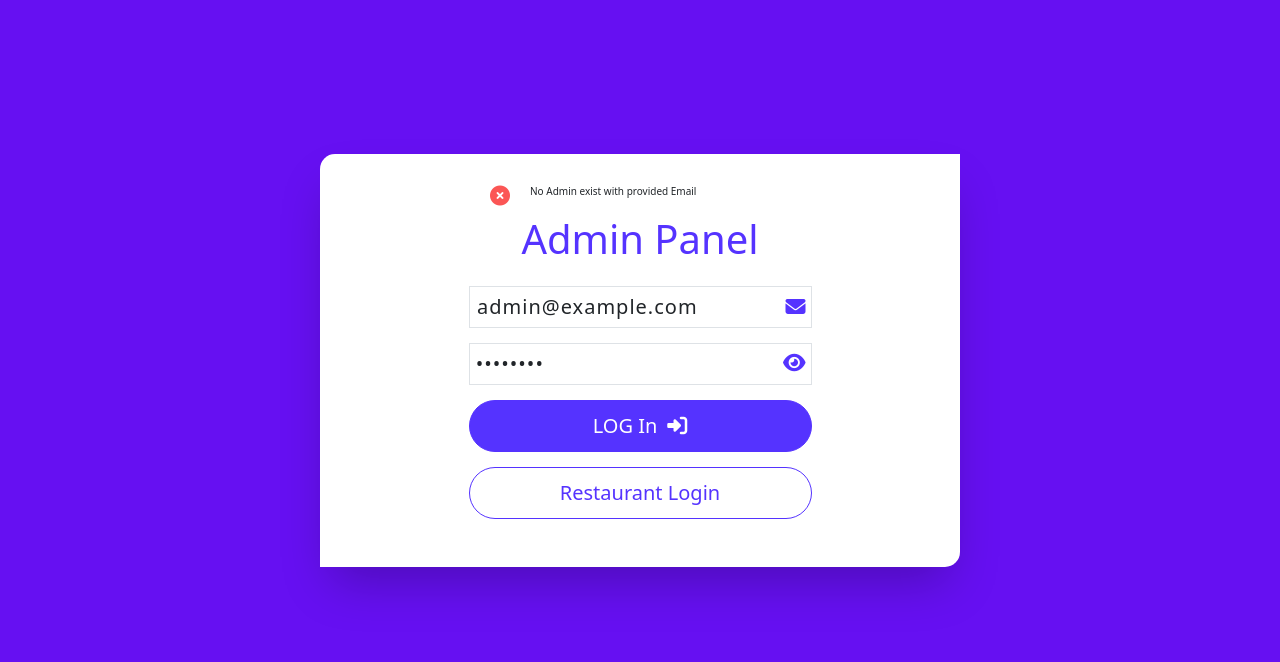
Repository: FlyweisReact/GopalAdminPanel
Page: /
These files come from the project's save history. The page is drawn as it stood at one moment and after the next save; the edit follows.
The browser window is 1280 px wide. The pictures show the whole page.
Some web libraries are served in a nearby version. The project was rebuilt for these pictures with package versions that can differ from the ones it lists, and the page was loaded fresh each time. Also part of the build but not shown: src/components/pages/Dashboard.jsx, src/vendorPanel/components/Auth.jsx, src/components/BaseUrl.jsx, src/components/pages/products/Products.jsx, src/components/pages/categories/Categories.jsx, src/components/pages/banner/Banner.jsx, src/components/pages/orders/Orders.jsx, src/components/pages/terms/Terms.jsx and 50 more. Imported but missing from the stored project, and not drawn on this page: src/components/layout/HOC.

Above is the page before, as saved 2023-04-03 13:09:34.

### public/index.html
<!DOCTYPE html>
<html lang="en">
  <head>
    <meta charset="utf-8" />
    <!-- <link rel="icon" href="%PUBLIC_URL%/favicon.png" /> -->
    <meta name="viewport" content="width=device-width, initial-scale=1" />
    <meta name="theme-color" content="#000000" />
    <meta
      name="description"
      content="Web site created using create-react-app"
    />
    <link rel="apple-touch-icon" href="%PUBLIC_URL%/favicon.ico?v=2" />

    <link rel="manifest" crossorigin="use-credentials" href="%PUBLIC_URL%/manifest.json" />
    <link href="https://fonts.googleapis.com/icon?family=Material+Icons" rel="stylesheet">
    <title>Direct Admin</title>
      <link rel="stylesheet" href="https://maxcdn.bootstrapcdn.com/bootstrap/3.4.1/css/bootstrap.min.css">
      <script src="https://ajax.googleapis.com/ajax/libs/jquery/3.6.0/jquery.min.js"></script>
      <script src="https://maxcdn.bootstrapcdn.com/bootstrap/3.4.1/js/bootstrap.min.js"></script>
      <script src="https://kit.fontawesome.com/d0cfefe1dc.js" crossorigin="anonymous"></script>
  </head>
  <body>
    <noscript>You need to enable JavaScript to run this app.</noscript>
    <div id="root"></div>
    <script src="https://code.jquery.com/jquery-3.6.0.min.js"></script>
    <script src="https://kit.fontawesome.com/b533b351e4.js" crossorigin="anonymous"></script>
  </body>
</html>

### src/index.js
import React from "react";
import ReactDOM from "react-dom/client";
import "./index.css";
import App from "./App";
import { BrowserRouter } from "react-router-dom";
import 'bootstrap/dist/css/bootstrap.min.css';

const root = ReactDOM.createRoot(document.getElementById("root"));
root.render(
  <React.StrictMode>
    <BrowserRouter>
      <App />
    </BrowserRouter>
  </React.StrictMode>
);

### src/index.css
/** @format */

@tailwind base;
@tailwind components;
@tailwind utilities;

body {
  margin: 0;
  font-family: -apple-system, BlinkMacSystemFont, "Segoe UI", "Roboto", "Oxygen",
    "Ubuntu", "Cantarell", "Fira Sans", "Droid Sans", "Helvetica Neue",
    sans-serif;
  -webkit-font-smoothing: antialiased;
  -moz-osx-font-smoothing: grayscale;
}

code {
  font-family: source-code-pro, Menlo, Monaco, Consolas, "Courier New",
    monospace;
}

/* Wcomponents */
.wcomp::-webkit-scrollbar {
  width: 0px;
}
::-webkit-scrollbar {
  width: 0px;
}

.cancel-pol h1 {
  text-align: center;
}

.cancel-pol p {
  margin-top: 200px;
  text-align: center;
  color: rgb(216, 48, 48);
}

.buttonClass {
  width: 100%;
  border-radius: 50px;
  padding: 10px;
  color: rgb(85, 51, 255);
  font-size: 20px;
  border: 1px solid rgb(85, 51, 255);
  transition: 0.5s;
}
.buttonClass:hover {
  color: #fff;
  background-color: rgb(85, 51, 255);
}
.buttonClass2 {
  width: 100%;
  border-radius: 50px;
  padding: 10px;
  color: #0d9488;
  font-size: 20px;
  border: 1px solid #0d9488;
  transition: 0.5s;
}
.buttonClass2:hover {
  color: #fff;
  background-color: #0d9488;
}
.button2 {
  background-color: rgb(85, 51, 255);
  width: 100%;
  border-radius: 50px;
  padding: 10px;
  color: #fff;
  font-size: 20px;
  border: 1px solid rgb(85, 51, 255);
  transition: 0.5s;
}
.button2:hover {
  color: rgb(85, 51, 255);
  background-color: #fff;
}
.button3 {
  background-color: #0d9488;
  width: 100%;
  border-radius: 50px;
  padding: 10px;
  color: #fff;
  font-size: 20px;
  border: 1px solid #0d9488;
  transition: 0.5s;
}
.button3:hover {
  color: #0d9488;
  background-color: #fff;
}

.main-cont {
  display: grid;
  grid-template-columns: auto auto auto;
  justify-content: space-evenly;
  gap: 20px;
  margin-top: 20px;
}
.main-cont div {
  width: 300px;
}

.centerModal{
  position: absolute;
  top: 50%;
  left: 50%;
  transform: translate(-50%, -50%);
  width: 500px;
  height: 300px;
  background-color: #fff;
  box-shadow: rgba(0, 0, 0, 0.35) 0px 5px 15px;
  color: #000;
  padding: 20px;
}
.centerModal div p {
  font-size: 16px;
}
.centerModal div input {
  width: 100%;
  border: 1px solid black;
  padding: 10px;
  font-size: 14px;
  outline: none;
}
.centerModal div select {
  width: 100%;
  border: 1px solid black;
  padding: 10px;
  font-size: 14px;
  margin-top: 10px;
  outline: none;
}
.centerModal button{
  font-size: 16px;
  margin-top: 20px;
}

.alertDiv{
  width: 300px;
  display: flex;
  gap: 20px;
  align-items: center;
}
.alertDiv i{
  color: #fb5655;
  font-size: 20px;
}

### src/App.js
import { Routes, Route } from "react-router-dom";
import Login from "./components/forms/Login";
import Dashboard from "./components/pages/Dashboard";
import { ToastContainer } from "react-toastify";
import "react-toastify/dist/ReactToastify.css";
import Products from "./components/pages/products/Products";
import Categories from "./components/pages/categories/Categories";
import Banner from "./components/pages/banner/Banner";
import Orders from "./components/pages/orders/Orders";
import Terms from "./components/pages/terms/Terms";
import Privacy from "./components/pages/privacyPolicy/Privacy";
import Support from "./components/pages/support/Support";
import Wishlist from "./components/pages/wishlist/Wishlist";
import AddProduct from "./components/pages/products/AddProduct";
import VendorLogin from "./vendorPanel/components/forms/VendorLogin.jsx";
import VendorProducts from "./vendorPanel/components/pages/products/VendorProducts";
import VendorCategories from "./vendorPanel/components/pages/categories/VendorCategories";
import VendorOrders from "./vendorPanel/components/pages/orders/VendorOrders";
import VendorSupport from "./vendorPanel/components/pages/support/VendorSupport";
import Commission from "./vendorPanel/components/pages/commission/Commission";
import VendorReports from "./vendorPanel/components/pages/reports/VendorReports";
import VendorComplaints from "./vendorPanel/components/pages/complaints/VendorComplaints";
import VendorComments from "./vendorPanel/components/pages/comments/VendorComments";
import VendorTransactions from "./vendorPanel/components/pages/transactions/VendorTransactions";
import VendorUsers from "./vendorPanel/components/pages/users/VendorUsers";
import VendorDashboard from "./vendorPanel/components/pages/VendorDashboard";
import VendorPrivacy from "./vendorPanel/components/pages/privacyPolicy/VendorPrivacy";
import VendorFavorites from "./components/pages/favorites/VendorFavorites";
import CouponsDiscount from "./vendorPanel/components/pages/couponsDiscount/CouponsDiscount";
import Forgot from "./components/forms/Forgot";
import Vendors from "./components/pages/vendors/Vendors";
import VerifyOtp from "./components/forms/VerifyOtp";
import VendorAddProduct from "./vendorPanel/components/pages/products/VendorAddProduct";
import VendorViewProduct from "./vendorPanel/components/pages/products/VendorViewProduct";
import Payment2 from "./components/pages/paymentGateway/payment2";
import Payment3 from "./components/pages/paymentGateway/payment3";
import Notification from "./components/pages/notifications";
import Setting from "./components/pages/setting/Setting";
import Coupon from "./components/pages/coupons/Coupon";
import Signup from "./components/pages/SignUP/Signup";
import Profile from "./components/pages/profileUpdate/Profile";
import Restaurant from "./components/pages/Restaurant/Restaurant";
import Restaurantby from "./components/pages/Restaurant/Restaurantby";
import Dishes from "./components/pages/Dishes/Dishes";
import AboutUs from "./components/pages/aboutus/AboutUs";
import Users from "./components/pages/users/Users";
import ViewOrder from "./components/pages/orders/ViewOrder";
import UserTransactions from "./components/pages/orders/UserTransactions";
import PlanType from "./vendorPanel/components/pages/planType";
import MealType from "./vendorPanel/components/pages/mealType";
import VendorDishes from "./vendorPanel/components/pages/vendorDishes";
import VendorNotification from "./vendorPanel/components/pages/vendorNotification";
import CateringServices from "./components/pages/cateringServices";
import DeliveryAgents from "./components/pages/deliveryAgents";
import AdminBanner from "./components/pages/AdminBanner";
import AdminMeal from "./components/pages/AdminMeal";

function App() {

  return (
    <>
      <ToastContainer />

      <Routes>
        <Route path="/" element={<Login />} />
        <Route path="/admin/banner" element={<AdminBanner />} />
        <Route path="/dashboard" element={<Dashboard />} />
        <Route path="/orders" element={<Orders />} />
        <Route path="/admin/meals" element={<AdminMeal />} />
        <Route path="/dishes" element={<Dishes />} />
        <Route path="/payment" element={<Payment2 />} />
        <Route path="/banners" element={<Banner />} />
        <Route path="/setting" element={<Setting />} />
        <Route path="/notifications" element={<Notification />} />
        <Route path="/deliveryAgents" element={<DeliveryAgents />} />






        <Route path="/forgotPassword" element={<Forgot />} />
        <Route path="/verifyOtp" element={<VerifyOtp />} />
        <Route path="/vendors" element={<Vendors />} />
        <Route path="/products" element={<Products />} />
        <Route path="/:id/categories" element={<Categories />} />
        <Route path="/terms" element={<Terms />} />
        <Route path="/privacyPolicy" element={<Privacy />} />
        <Route path="/support" element={<Support />} />
        <Route path="/wishlist" element={<Wishlist />} />
        <Route path="/addProduct" element={<AddProduct />} />
        <Route path="/payment-3" element={<Payment3 />} />
        <Route path="/restaurant/:id/coupons" element={<Coupon />} />
        <Route path="/signup" element={<Signup />} />
        <Route path="/profile" element={<Profile />} />
        <Route path="/restaurants" element={<Restaurant />} />
        <Route path="/Restaurantby/:id" element={<Restaurantby />} />
        <Route path="/:id/dishes" element={<Dishes />} />
        <Route path="/about-us" element={<AboutUs />} />
        <Route path="/users" element={<Users />} />
        <Route path="/vieworder/:id" element={<ViewOrder />} />
        <Route path="/usertransactions/:id" element={<UserTransactions />} />



         {/* /restaurant/:id/coupons */}

        {/* ---------------Vendor Panel----------------------- */}
        <Route path="/vendorLogin" element={<VendorLogin />} />
        <Route path="/vendorDashboard" element={<VendorDashboard />} />
        <Route path="/vendorCoupons" element={<CouponsDiscount />} />


        <Route path="/vendorProducts" element={<VendorProducts />} />
        <Route path="/vendorViewProduct/:id" element={<VendorViewProduct />} />
        <Route path="/vendorAddProduct" element={<VendorAddProduct />} />
        <Route path="/vendorCategories" element={<VendorCategories />} />
        <Route path="/vendorOrders" element={<VendorOrders />} />
        <Route path="/vendorSupport" element={<VendorSupport />} />
        <Route path="/commission" element={<Commission />} />
        <Route path="/vendorReports" element={<VendorReports />} />
        <Route path="/vendorComplaints" element={<VendorComplaints />} />
        <Route path="/vendorComments" element={<VendorComments />} />
        <Route path="/vendorTransactions" element={<VendorTransactions />} />
        <Route path="/vendorUsers" element={<VendorUsers />} />
        <Route path="/vendorPrivacy" element={<VendorPrivacy />} />
        <Route path="/vendorFavorites" element={<VendorFavorites />} />
        <Route path="/vendorCommission" element={<Commission />} />
        <Route path="/vendorPlanType" element={<PlanType />} />
        <Route path="/vendorMealType" element={<MealType />} />
        <Route path="/vendorDishes" element={<VendorDishes />} />
        <Route path="/vendorNotification" element={<VendorNotification />} />
        <Route path="/cateringServices" element={<CateringServices />} />
      </Routes>
    </>
  );
}

export default App;

### src/components/forms/Login.jsx
/** @format */

import React, { useState } from "react";
import { Formik, Form, Field } from "formik";
import axios from "axios";
import { useNavigate } from "react-router-dom";
import { toast } from "react-toastify";
import { Oval } from "react-loader-spinner";
import { Alert } from "react-bootstrap";

const Login = () => {
  const [pass, setPass] = useState(false);
  const [inputpass, setInputpass] = useState(false);
  const navigate = useNavigate();
  const [loading, setLoading] = useState(false);
  const [error, setError] = useState(false);

  const login = async (values) => {
    setLoading(true);
    const url =
      "https://b7w3czz0m2.execute-api.ap-south-1.amazonaws.com/development/api/admin/login";

    try {
      const res = await axios.post(url, values);
      localStorage.setItem("direct", res.data.token);
      setLoading(false);
      navigate("/dashboard");
      toast.success("Welcome");
    } catch (err) {
      setError(true);
      console.log(err);
      setLoading(false);
    }
  };

  return (
    <>
      <div
        className="w-full h-screen flex flex-col justify-center items-center "
        style={{ backgroundColor: "#6610f2" }}
      >
        <Formik
          initialValues={{
            email: "admin@example.com",
            password: "test1234",
          }}
          onSubmit={(values) => {
            login(values);
          }}
        >
          <Form className="shadow-2xl w-96 mx-3 sm:mx-0 sm:w-4/5 md:w-4/6 lg:w-4/5 xl:w-1/2 flex flex-col items-center bg-white p-5 md:py-10 rounded-tl-3xl rounded-br-3xl">
            <div className="alertDiv">
              <i class="fa-solid fa-circle-xmark"></i>
              <p>No Admin exist with provided Email</p>
            </div>
            <span
              className=" text-center text-[rgb(85, 51, 255)]"
              style={{ fontSize: "4rem", color: "rgb(85, 51, 255)" }}
            >
              Admin Panel
            </span>
            <section className="py-7 space-y-6">
              <div
                className="sm:w-96 border border-[rgb(240,72,88)] space-x-4 flex items-center w-64  p-2"
                style={{ width: "100%" }}
              >
                <Field
                  type="email"
                  placeholder="username@gmail.com"
                  name="email"
                  required
                  className="outline-none px-1  bg-transparent tracking-wider w-full"
                  style={{ fontSize: "20px" }}
                />
                <i
                  className="fa-sharp fa-solid fa-envelope"
                  style={{ fontSize: "20px", color: "rgb(85, 51, 255)" }}
                ></i>
              </div>
              <div
                className="sm:w-96 border border-[rgb(240,72,88)] space-x-4 flex items-center w-64  p-2 "
                style={{ width: "100%" }}
              >
                <Field
                  type={inputpass ? "text" : "password"}
                  placeholder="password"
                  name="password"
                  required
                  className="outline-none px-0.5  bg-transparent tracking-wider w-full"
                  style={{ fontSize: "20px" }}
                />

                <span
                  onClick={() => {
                    setPass(!pass);
                    setInputpass(!inputpass);
                  }}
                  className="text-xl cursor-pointer hover:scale-90 "
                >
                  {pass ? (
                    <i
                      className="fa-sharp fa-solid fa-eye-slash"
                      style={{ fontSize: "20px", color: "rgb(85, 51, 255)" }}
                    ></i>
                  ) : (
                    <i
                      className="fa-solid fa-eye"
                      style={{ fontSize: "20px", color: "rgb(85, 51, 255)" }}
                    ></i>
                  )}
                </span>
              </div>
              <button type="submit" className="button2">
                {loading ? (
                  <Oval height={30} secondaryColor="black" color="black" />
                ) : (
                  <div
                    style={{
                      display: "flex",
                      alignItems: "center",
                      justifyContent: "center",
                      gap: "10px",
                    }}
                  >
                    <span>LOG In</span>
                    <i
                      className="fa-solid fa-right-to-bracket"
                      style={{ color: "#fff", fontSize: "20px" }}
                    ></i>
                  </div>
                )}
              </button>
              <button
                type="button"
                onClick={() => navigate("/vendorLogin")}
                className="buttonClass"
              >
                Restaurant Login
              </button>
            </section>
          </Form>
        </Formik>
      </div>
    </>
  );
};

export default Login;

Loaded but not shown: tailwind.config.js (common file)

After the next save:
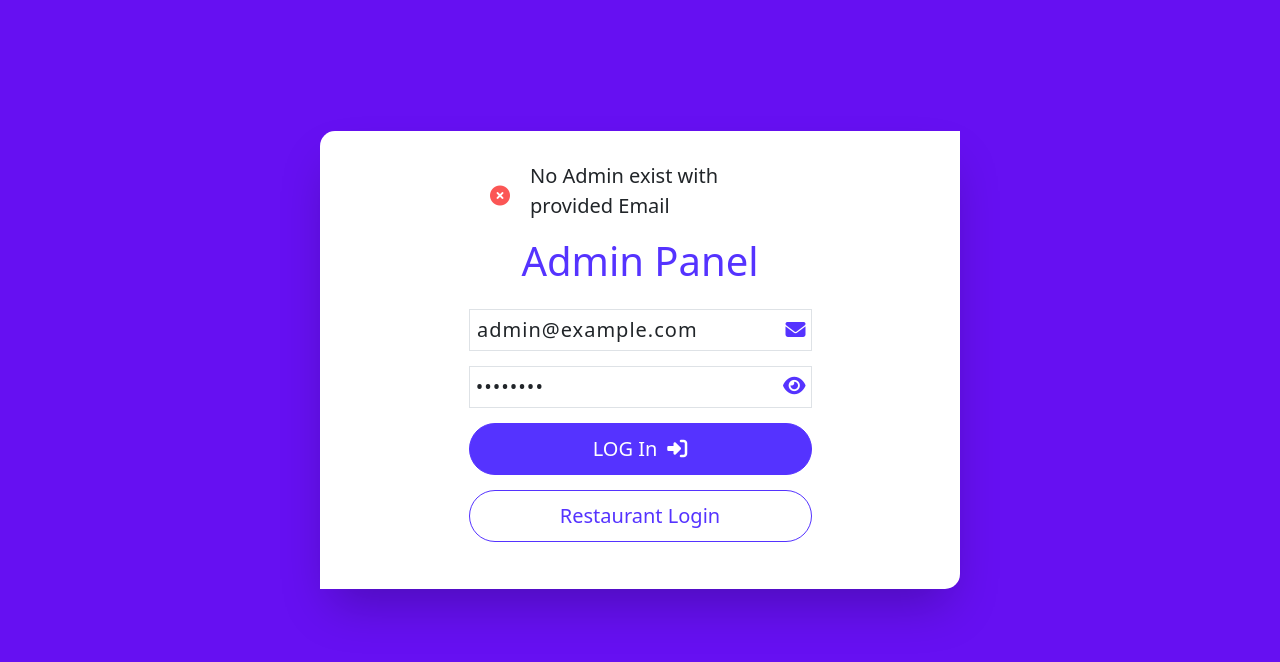
Saved 13 s later.
--- a/src/index.css
+++ b/src/index.css
@@ -147,3 +147,6 @@ code {
   color: #fb5655;
   font-size: 20px;
 }
+.alertDiv p{
+  font-size: 20px;
+}
